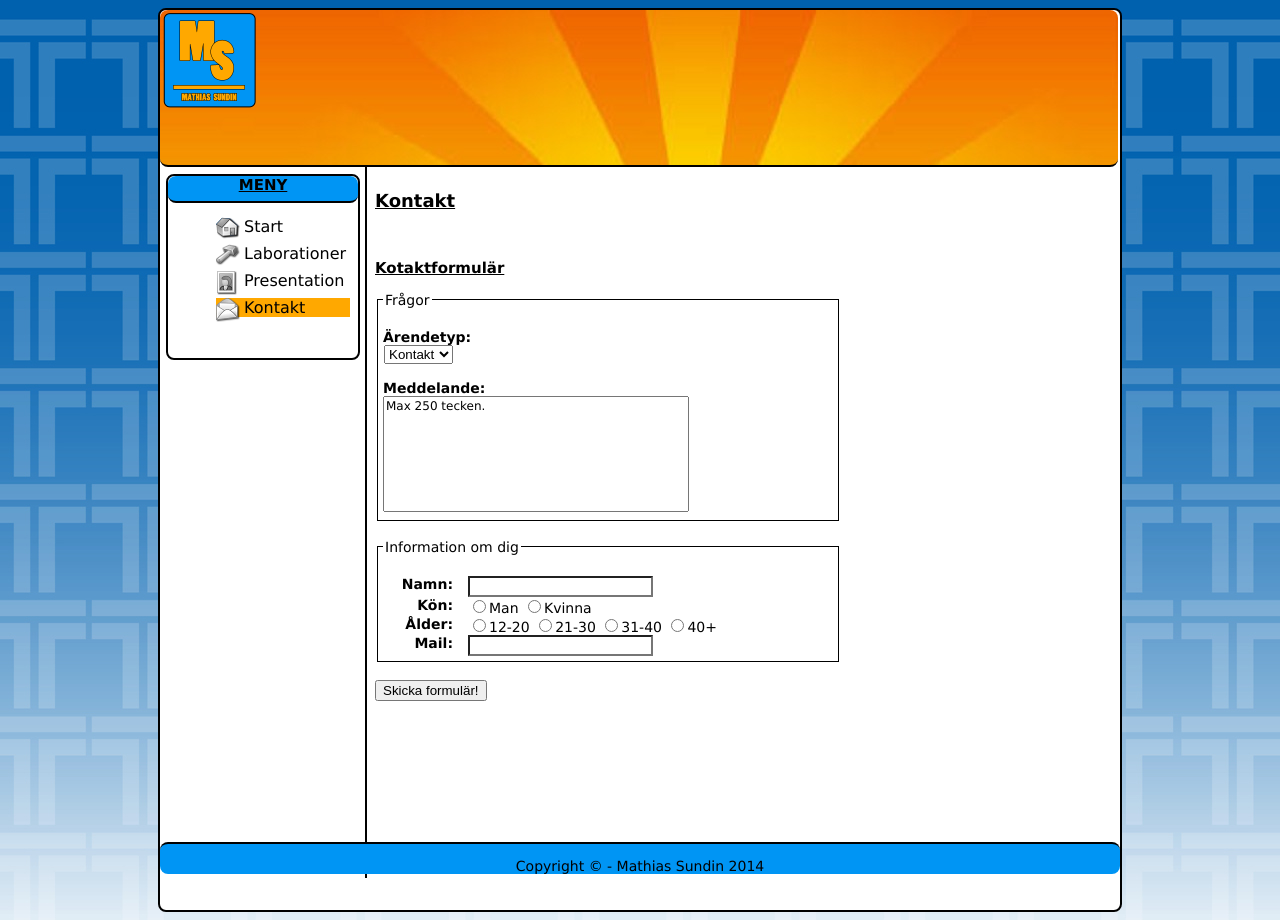
Repository: ms223uh/1ik415-laborationer
Page: www/pages/kontakt.html
The author's editor kept a record of every edit. The page is drawn from the files as they stood at one moment, then again after the next edit.
The browser window is 1280 px wide. The pictures show the whole page.

Above is the page before.

After the next edit:
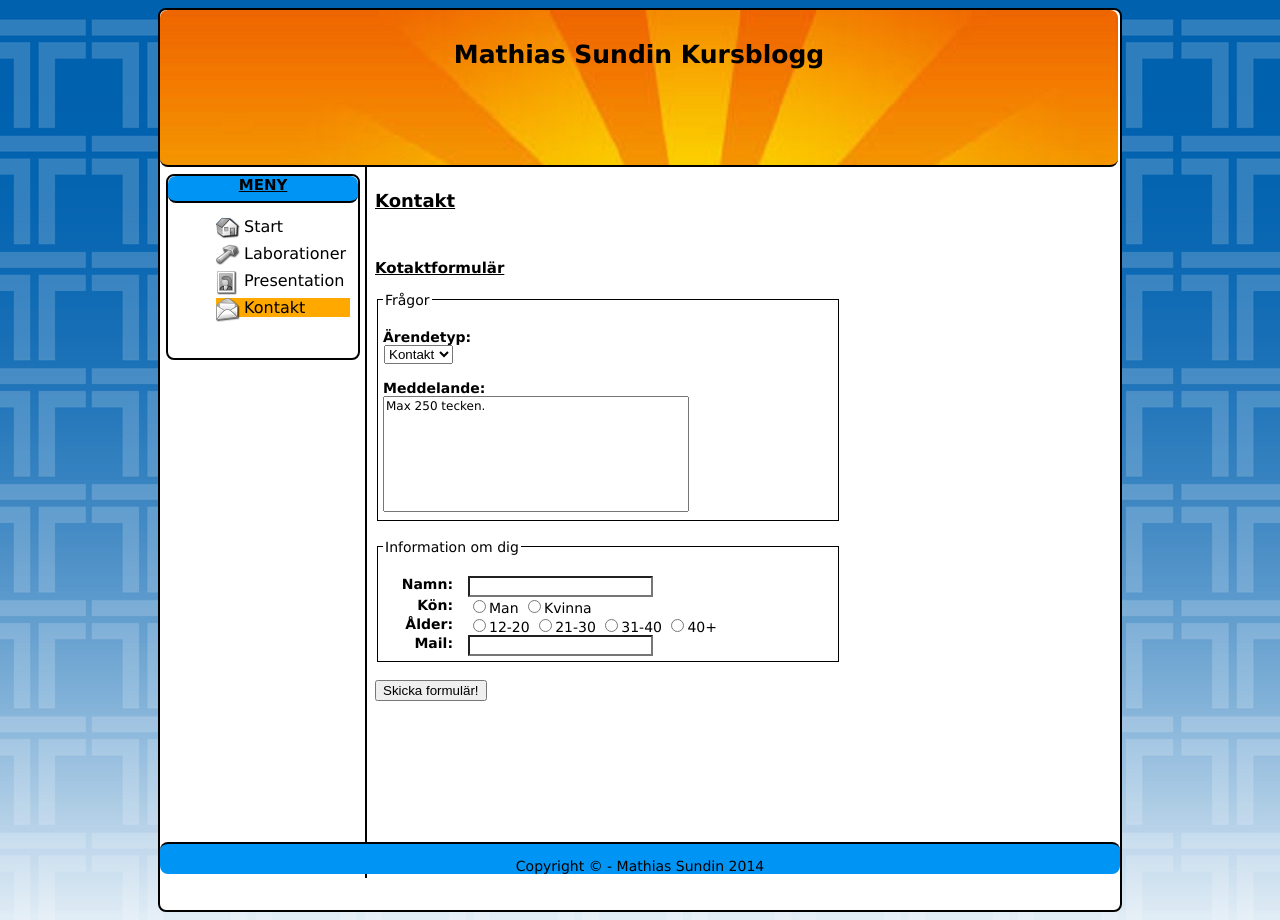
The edit:
--- a/www/pages/kontakt.html
+++ b/www/pages/kontakt.html
@@ -21,8 +21,8 @@
     <div id="head">
 
 
+            <h4>Mathias Sundin Kursblogg</h4>
 
-            <img src="../pics/logo1.png" width="100" height="100" alt="Logo">
 
 
 
